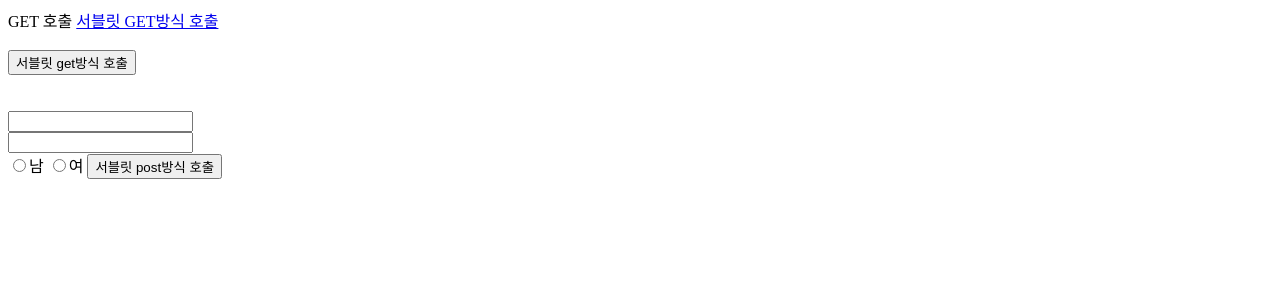
Repository: Won-Hyuk-Lee/kosta_java
Page: http://localhost/web_prj/Practice_Servlet_Call.jsp
These files come from the project's save history. The page is drawn as it stood at one moment and after the next save; the edit follows.
The browser window is 1280 px wide. The pictures show the whole page.
The page is served by Tomcat 9. Nobody is signed in. The application's start-up code is not run. Other server files are loaded and not shown.

Above is the page before, as saved 2024-05-21 07:35:58.

### web_prj/src/main/webapp/Practice_Servlet_Call.jsp
<%@ page language="java" contentType="text/html; charset=UTF-8"
    pageEncoding="UTF-8"%>
<!DOCTYPE html>
<html>
<head>
<meta charset="UTF-8">
<title>Insert title here</title>
</head>
<body>
GET 호출
<!-- <a href="http://localhost:8081/board_servlet_url">서블릿 GET방식 호출</a>  -->
<a href="/board_servlet_url">서블릿 GET방식 호출</a><br><br>

<form method="get" action="/board_servlet_url">
	<input type = "submit" value = "서블릿 get방식 호출">
</form><br><br>

<form method="post" action="/board_servlet_url">
	<input name = "userid" type = "text"><br>
	<input name = "userpwd" type = "password"><br>
	<input name = "gender" type = "radio">남
	<input name = "gender" type = "radio">여

	<input type = "submit" value = "서블릿 post방식 호출">
</form><br><br>
</body>
</html>

After the next save:
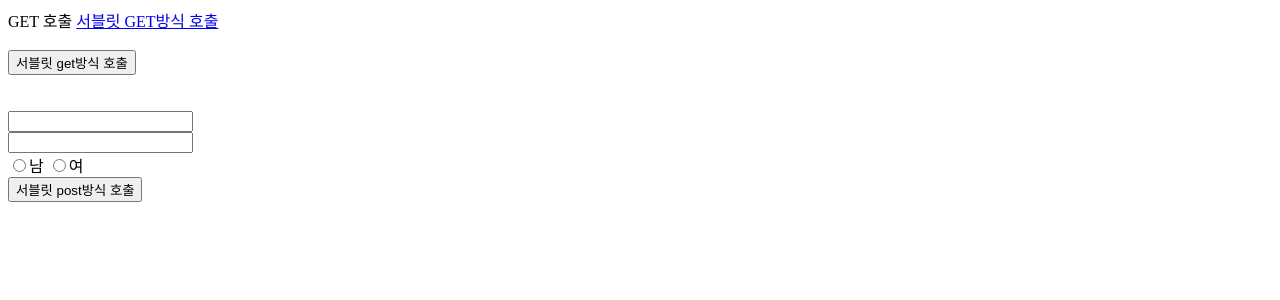
Saved 75 s later.
--- a/web_prj/src/main/webapp/Practice_Servlet_Call.jsp
+++ b/web_prj/src/main/webapp/Practice_Servlet_Call.jsp
@@ -18,8 +18,8 @@ GET 호출
 <form method="post" action="/board_servlet_url">
 	<input name = "userid" type = "text"><br>
 	<input name = "userpwd" type = "password"><br>
-	<input name = "gender" type = "radio">남
-	<input name = "gender" type = "radio">여
+	<input name = "gender" type = "radio" value = 'm'>남
+	<input name = "gender" type = "radio" value = 'f'>여<br>
 
 	<input type = "submit" value = "서블릿 post방식 호출">
 </form><br><br>
